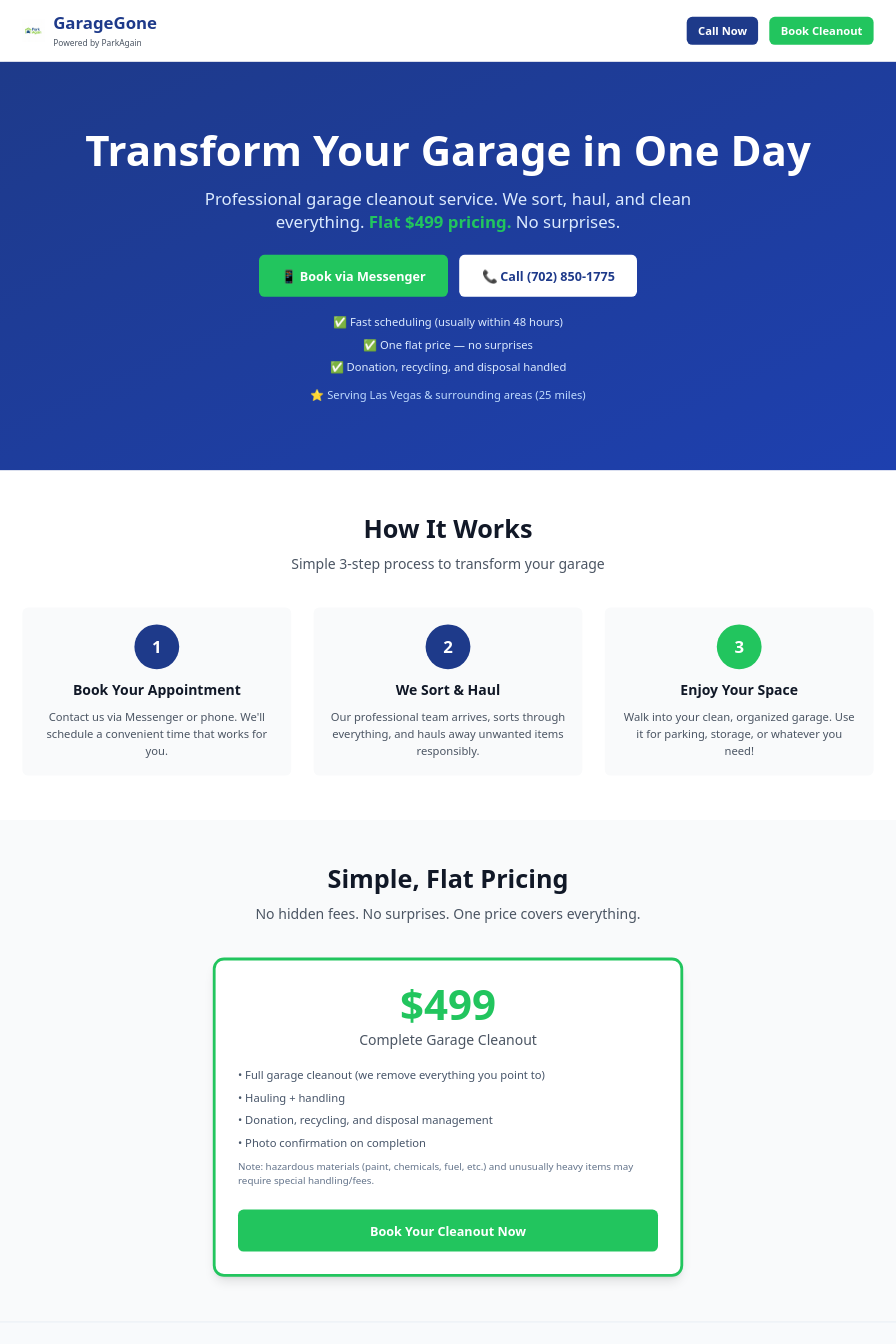
Repository: nikwhite1169/garagegone
Page: index.html
An editor plug-in stored every save of this project. The page is shown before and after the next save, followed by the edit.
The browser window is 1280 px wide. The pictures show the part of the page from y = 0 to 1920 px (the page is 4574 px tall before and 4558 px after), at 70% of full size.
Some web libraries are served in a nearby version.

Above is the page before, as saved 2025-09-15 13:49:17.

### index.html
<!DOCTYPE html>
<html lang="en">
<head>
    <meta charset="UTF-8">
    <meta name="viewport" content="width=device-width, initial-scale=1.0">
    <title>GarageGone - Professional Garage Cleanout Service | Las Vegas</title>
    <meta name="description" content="Professional garage cleanout service in Las Vegas. Flat $499 pricing. We haul everything away. Book your garage transformation today with GarageGone.">
    <meta name="keywords" content="garage cleanout, junk removal, Las Vegas, garage cleaning, hauling service, decluttering">

    <!-- Open Graph Meta Tags -->
    <meta property="og:title" content="GarageGone - Professional Garage Cleanout Service | Las Vegas">
    <meta property="og:description" content="Transform your garage with our professional cleanout service. Flat $499 pricing. We haul everything away. Serving Las Vegas and surrounding areas.">
    <meta property="og:image" content="https://garagegone.com/images/garage-before-after.jpg">
    <meta property="og:url" content="https://garagegone.com">
    <meta property="og:type" content="website">
    <meta property="og:site_name" content="GarageGone">

    <!-- Twitter Card Meta Tags -->
    <meta name="twitter:card" content="summary_large_image">
    <meta name="twitter:title" content="GarageGone - Professional Garage Cleanout Service | Las Vegas">
    <meta name="twitter:description" content="Transform your garage with our professional cleanout service. Flat $499 pricing. We haul everything away.">
    <meta name="twitter:image" content="https://garagegone.com/images/garage-before-after.jpg">

    <!-- Favicon -->
    <link rel="icon" type="image/x-icon" href="/favicon.ico">

    <!-- Tailwind CSS CDN -->
    <script src="https://cdn.tailwindcss.com"></script>

    <!-- Custom Tailwind Config -->
    <script>
        tailwind.config = {
            theme: {
                extend: {
                    colors: {
                        'brand-blue': '#1e3a8a',
                        'brand-green': '#22c55e',
                    }
                }
            }
        }
    </script>

    <!-- JSON-LD Schema Markup -->
    <script type="application/ld+json">
    {
        "@context": "https://schema.org",
        "@type": "LocalBusiness",
        "name": "GarageGone",
        "description": "Professional garage cleanout and junk removal service",
        "url": "https://garagegone.com",
        "telephone": "+7028501775",
        "address": {
            "@type": "PostalAddress",
            "addressLocality": "Las Vegas",
            "addressRegion": "NV",
            "addressCountry": "US"
        },
        "areaServed": {
            "@type": "GeoCircle",
            "geoMidpoint": {
                "@type": "GeoCoordinates",
                "latitude": 36.1699,
                "longitude": -115.1398
            },
            "geoRadius": "25 miles"
        },
         "sameAs": [
             "https://facebook.com/ParkAgain",
             "https://instagram.com/parkagain.app"
         ],
        "priceRange": "$499",
        "serviceType": "Garage Cleanout Service",
        "hasOfferCatalog": {
            "@type": "OfferCatalog",
            "name": "Garage Cleanout Services",
            "itemListElement": [
                {
                    "@type": "Offer",
                    "itemOffered": {
                        "@type": "Service",
                        "name": "Complete Garage Cleanout",
                        "description": "Full garage cleanout and junk removal service"
                    },
                    "price": "499",
                    "priceCurrency": "USD"
                }
            ]
        }
    }
    </script>

    <style>
        /* Smooth scroll behavior */
        html {
            scroll-behavior: smooth;
        }

        /* Custom animations */
        @keyframes fadeInUp {
            from {
                opacity: 0;
                transform: translateY(30px);
            }
            to {
                opacity: 1;
                transform: translateY(0);
            }
        }

        .fade-in-up {
            animation: fadeInUp 0.6s ease-out;
        }

        /* Ensure sticky footer doesn't overlap content */
        body {
            padding-bottom: 80px;
        }

        @media (min-width: 768px) {
            body {
                padding-bottom: 0;
            }
        }
    </style>
</head>
<body class="bg-gray-50 text-gray-900">
    <!-- Header -->
    <header class="bg-white shadow-sm sticky top-0 z-40">
        <div class="max-w-7xl mx-auto px-4 sm:px-6 lg:px-8">
            <div class="flex justify-between items-center py-4">
                <div class="flex items-center">
                    <img src="assets/logo.png" alt="GarageGone Logo" class="h-8 w-auto mr-3">
                    <div>
                        <h1 class="text-2xl font-bold text-brand-blue">GarageGone</h1>
                        <span class="text-xs text-gray-600">Powered by ParkAgain</span>
                    </div>
                </div>
                <div class="hidden md:flex space-x-4">
                    <a href="tel:+7028501775" class="bg-brand-blue text-white px-4 py-2 rounded-lg font-semibold hover:bg-blue-800 transition-colors">
                        Call Now
                    </a>
                    <a href="https://m.me/parkagain" target="_blank" class="bg-brand-green text-white px-4 py-2 rounded-lg font-semibold hover:bg-green-600 transition-colors">
                        Book Cleanout
                    </a>
                </div>
            </div>
        </div>
    </header>

    <!-- Hero Section -->
    <section class="bg-gradient-to-br from-brand-blue to-blue-800 text-white py-16 md:py-24">
        <div class="max-w-7xl mx-auto px-4 sm:px-6 lg:px-8">
            <div class="text-center fade-in-up">
                <h2 class="text-4xl md:text-6xl font-bold mb-6">
                    Transform Your Garage in One Day
                </h2>
                <p class="text-xl md:text-2xl mb-8 text-blue-100 max-w-3xl mx-auto">
                    Professional garage cleanout service. We sort, haul, and clean everything.
                    <strong class="text-brand-green">Flat $499 pricing.</strong> No surprises.
                </p>
                <div class="flex flex-col sm:flex-row gap-4 justify-center items-center">
                    <a href="https://m.me/parkagain" target="_blank"
                       class="bg-brand-green text-white px-8 py-4 rounded-lg text-lg font-bold hover:bg-green-600 transition-colors w-full sm:w-auto text-center">
                        📱 Book via Messenger
                    </a>
                     <a href="tel:+7028501775"
                        class="bg-white text-brand-blue px-8 py-4 rounded-lg text-lg font-bold hover:bg-gray-100 transition-colors w-full sm:w-auto text-center">
                         📞 Call (702) 850-1775
                     </a>
                </div>
                <ul class="mt-6 text-blue-100 space-y-2">
                  <li>✅ Fast scheduling (usually within 48 hours)</li>
                  <li>✅ One flat price — no surprises</li>
                  <li>✅ Donation, recycling, and disposal handled</li>
                </ul>
                <p class="mt-4 text-blue-200">
                    ⭐ Serving Las Vegas & surrounding areas (25 miles)
                </p>
            </div>
        </div>
    </section>

    <!-- How It Works -->
    <section id="how-it-works" class="py-16 bg-white">
        <div class="max-w-7xl mx-auto px-4 sm:px-6 lg:px-8">
            <div class="text-center mb-12">
                <h3 class="text-3xl md:text-4xl font-bold text-gray-900 mb-4">How It Works</h3>
                <p class="text-xl text-gray-600">Simple 3-step process to transform your garage</p>
            </div>

            <div class="grid md:grid-cols-3 gap-8">
                <div class="text-center p-6 rounded-lg bg-gray-50">
                    <div class="w-16 h-16 bg-brand-blue text-white rounded-full flex items-center justify-center text-2xl font-bold mx-auto mb-4">1</div>
                    <h4 class="text-xl font-bold mb-3">Book Your Appointment</h4>
                    <p class="text-gray-600">Contact us via Messenger or phone. We'll schedule a convenient time that works for you.</p>
                </div>

                <div class="text-center p-6 rounded-lg bg-gray-50">
                    <div class="w-16 h-16 bg-brand-blue text-white rounded-full flex items-center justify-center text-2xl font-bold mx-auto mb-4">2</div>
                    <h4 class="text-xl font-bold mb-3">We Sort & Haul</h4>
                    <p class="text-gray-600">Our professional team arrives, sorts through everything, and hauls away unwanted items responsibly.</p>
                </div>

                <div class="text-center p-6 rounded-lg bg-gray-50">
                    <div class="w-16 h-16 bg-brand-green text-white rounded-full flex items-center justify-center text-2xl font-bold mx-auto mb-4">3</div>
                    <h4 class="text-xl font-bold mb-3">Enjoy Your Space</h4>
                    <p class="text-gray-600">Walk into your clean, organized garage. Use it for parking, storage, or whatever you need!</p>
                </div>
            </div>
        </div>
    </section>

    <!-- Pricing Section -->
    <section id="pricing" class="py-16 bg-gray-50">
        <div class="max-w-7xl mx-auto px-4 sm:px-6 lg:px-8">
            <div class="text-center mb-12">
                <h3 class="text-3xl md:text-4xl font-bold text-gray-900 mb-4">Simple, Flat Pricing</h3>
                <p class="text-xl text-gray-600">No hidden fees. No surprises. One price covers everything.</p>
            </div>

            <div class="max-w-2xl mx-auto">
                <div class="bg-white rounded-2xl shadow-lg p-8 border-4 border-brand-green">
                    <div class="text-center">
                        <div class="text-6xl font-bold text-brand-green mb-2">$499</div>
                        <div class="text-xl text-gray-600 mb-6">Complete Garage Cleanout</div>

                        <ul class="mt-3 text-slate-600 space-y-2 text-left">
                          <li>• Full garage cleanout (we remove everything you point to)</li>
                          <li>• Hauling + handling</li>
                          <li>• Donation, recycling, and disposal management</li>
                          <li>• Photo confirmation on completion</li>
                        </ul>
                        <p class="mt-3 text-sm text-slate-500 text-left">Note: hazardous materials (paint, chemicals, fuel, etc.) and unusually heavy items may require special handling/fees.</p>
                        <div class="mb-8"></div>

                        <a href="https://m.me/parkagain" target="_blank"
                           class="bg-brand-green text-white px-8 py-4 rounded-lg text-lg font-bold hover:bg-green-600 transition-colors w-full block text-center">
                            Book Your Cleanout Now
                        </a>
                    </div>
                </div>
            </div>
        </div>
    </section>


    <!-- Before & After Gallery (replaces Reviews) -->
    <section class="bg-slate-50 border-y border-slate-200">
      <div class="max-w-6xl mx-auto px-4 md:px-6 py-12">
        <h2 class="text-2xl md:text-3xl font-bold mb-6">Before & After</h2>
        <p class="text-slate-600 mb-6">Real garages, real results. We clear the entire space so you can park again.</p>
        <div class="grid md:grid-cols-2 gap-6">
          <img src="https://images.unsplash.com/photo-1582582494700-1c476f9b7f8a?q=80&w=1200&auto=format&fit=crop" alt="Cluttered garage before cleanout" class="rounded-2xl border shadow-sm object-cover w-full h-64 md:h-80">
          <img src="https://images.unsplash.com/photo-1600585154526-990dced4db0d?q=80&w=1200&auto=format&fit=crop" alt="Clean garage after cleanout with car parked" class="rounded-2xl border shadow-sm object-cover w-full h-64 md:h-80">
        </div>
      </div>
    </section>

    <!-- FAQ Section -->
    <section id="faq" class="py-16 bg-white">
        <div class="max-w-4xl mx-auto px-4 sm:px-6 lg:px-8">
            <div class="text-center mb-12">
                <h3 class="text-3xl md:text-4xl font-bold text-gray-900 mb-4">Frequently Asked Questions</h3>
            </div>

            <div class="space-y-6">
                <div class="bg-gray-50 rounded-lg p-6">
                    <h4 class="text-lg font-bold mb-2">How long does a garage cleanout take?</h4>
                    <p class="text-gray-700">Most garage cleanouts take 2-4 hours depending on the amount of items. We work efficiently to get your garage back to you as quickly as possible.</p>
                </div>

                <div class="bg-gray-50 rounded-lg p-6">
                    <h4 class="text-lg font-bold mb-2">What if I want to keep some items?</h4>
                    <p class="text-gray-700">No problem! We'll work with you to identify items you want to keep, donate, or dispose of. You have full control over what stays and what goes.</p>
                </div>

                <div class="bg-gray-50 rounded-lg p-6">
                    <h4 class="text-lg font-bold mb-2">Do you recycle and donate items?</h4>
                    <p class="text-gray-700">Yes! We responsibly dispose of all items, recycling what we can and donating usable items to local charities whenever possible.</p>
                </div>

                <div class="bg-gray-50 rounded-lg p-6">
                    <h4 class="text-lg font-bold mb-2">Are there any additional fees?</h4>
                    <p class="text-gray-700">Our $499 price includes everything for a standard garage cleanout. The only additional fee would be for hazardous materials that require special disposal.</p>
                </div>

                <div class="rounded-2xl border p-6 shadow-sm">
                  <h3 class="font-semibold">Anything you can't take?</h3>
                  <p class="text-slate-600 mt-2">We don't take hazardous materials (paint, chemicals, fuel, solvents), pressurized tanks, or biohazards. Extremely heavy or commercial equipment may require special handling/quote.</p>
                </div>
            </div>
        </div>
    </section>

    <!-- Service Area -->
    <section class="py-16 bg-brand-blue text-white">
        <div class="max-w-7xl mx-auto px-4 sm:px-6 lg:px-8">
            <div class="text-center">
                <h3 class="text-3xl md:text-4xl font-bold mb-6">Service Area</h3>
                <p class="text-xl mb-8">We proudly serve Las Vegas and surrounding areas within 25 miles</p>

                <div class="grid md:grid-cols-3 gap-6 text-center">
                    <div>
                        <h4 class="font-bold text-lg mb-2">Las Vegas</h4>
                        <p class="text-blue-200">Downtown, Strip, Summerlin</p>
                    </div>
                    <div>
                        <h4 class="font-bold text-lg mb-2">Henderson</h4>
                        <p class="text-blue-200">Green Valley, Anthem</p>
                    </div>
                    <div>
                        <h4 class="font-bold text-lg mb-2">North Las Vegas</h4>
                        <p class="text-blue-200">Aliante, Eldorado</p>
                    </div>
                </div>

                <div class="mt-8">
                    <p class="text-blue-200">Not sure if we serve your area? <a href="tel:+7028501775" class="text-white hover:text-brand-green underline font-semibold">Give us a call!</a></p>
                </div>
            </div>
        </div>
    </section>

    <!-- Join Hauler Network CTA -->
    <section class="py-16 bg-brand-green text-white">
        <div class="max-w-4xl mx-auto px-4 sm:px-6 lg:px-8 text-center">
            <h3 class="text-3xl md:text-4xl font-bold mb-6">Join Our Hauler Network</h3>
            <p class="text-xl mb-8 text-green-100">
                Are you a reliable hauler or junk removal professional? Join our network and get consistent work in the Las Vegas area.
            </p>
            <a href="https://forms.gle/CVCqmNvirqqFKjCk8" target="_blank"
               class="bg-white text-brand-green px-8 py-4 rounded-lg text-lg font-bold hover:bg-gray-100 transition-colors inline-block">
                Apply to Join Network
            </a>
        </div>
    </section>

    <!-- Trust & Policies strip -->
    <section class="border-t border-slate-200">
      <div class="max-w-6xl mx-auto px-4 md:px-6 py-8 grid gap-6 md:grid-cols-3">
        <div>
          <div class="font-semibold">Flat-Rate Pricing</div>
          <p class="text-slate-600 text-sm mt-1">Standard 2-car garage is always $499 in our service area. No surprise add-ons.</p>
        </div>
        <div>
          <div class="font-semibold">Safety-First, Professional Team</div>
          <p class="text-slate-600 text-sm mt-1">We clear the space efficiently and handle donation, recycling, and disposal.</p>
        </div>
        <div>
          <div class="font-semibold">Clear Policies</div>
          <p class="text-slate-600 text-sm mt-1">See our <a class="text-blue-800 hover:underline" href="/privacy-policy.html">Privacy</a> and <a class="text-blue-800 hover:underline" href="/terms-of-service.html">Terms</a>.</p>
        </div>
      </div>
    </section>

    <!-- Footer -->
    <footer class="bg-gray-900 text-white py-12">
        <div class="max-w-7xl mx-auto px-4 sm:px-6 lg:px-8">
            <div class="grid md:grid-cols-3 gap-8">
                <div>
                    <div class="flex items-center mb-4">
                        <img src="assets/logo.png" alt="GarageGone Logo" class="h-6 w-auto mr-2">
                        <h4 class="text-xl font-bold">GarageGone</h4>
                    </div>
                    <p class="text-gray-400 mb-4">Professional garage cleanout service powered by ParkAgain. Transform your garage in one day.</p>
                    <div class="flex space-x-4">
                        <a href="https://facebook.com/ParkAgain" target="_blank" class="text-gray-400 hover:text-white">
                            Facebook
                        </a>
                        <a href="https://instagram.com/parkagain.app" target="_blank" class="text-gray-400 hover:text-white">
                            Instagram
                        </a>
                    </div>
                </div>

                <div>
                    <h4 class="text-lg font-bold mb-4">Contact</h4>
                    <div class="space-y-2 text-gray-400">
                        <p>📞 (702) 850-1775</p>
                        <p>📍 Las Vegas, NV</p>
                        <p>🌐 garagegone.com</p>
                    </div>
                </div>

                <div>
                    <h4 class="text-lg font-bold mb-4">Service Hours</h4>
                    <div class="space-y-2 text-gray-400">
                        <p>Monday - Friday: 8am - 6pm</p>
                        <p>Saturday: 9am - 4pm</p>
                        <p>Sunday: Closed</p>
                    </div>
                </div>
            </div>

            <div class="border-t border-gray-800 mt-8 pt-8 text-center text-gray-400">
                <p>&copy; 2025 GarageGone. All rights reserved. Powered by ParkAgain.</p>
                <div class="mt-2 space-x-4">
                    <a href="privacy-policy.html" class="hover:text-white">Privacy Policy</a>
                    <a href="terms-of-service.html" class="hover:text-white">Terms of Service</a>
                </div>
            </div>
        </div>
    </footer>

    <!-- Sticky Mobile Footer -->
    <div class="fixed bottom-0 left-0 right-0 bg-white border-t border-gray-200 p-4 md:hidden z-50">
        <div class="flex space-x-3">
            <a href="https://m.me/parkagain" target="_blank"
               class="flex-1 bg-brand-green text-white py-3 px-4 rounded-lg font-bold text-center hover:bg-green-600 transition-colors">
                📱 Book Cleanout
            </a>
            <a href="https://forms.gle/CVCqmNvirqqFKjCk8" target="_blank"
               class="flex-1 bg-brand-blue text-white py-3 px-4 rounded-lg font-bold text-center hover:bg-blue-800 transition-colors">
                🚛 Join Network
            </a>
        </div>
    </div>

</body>
</html>

After the next save:
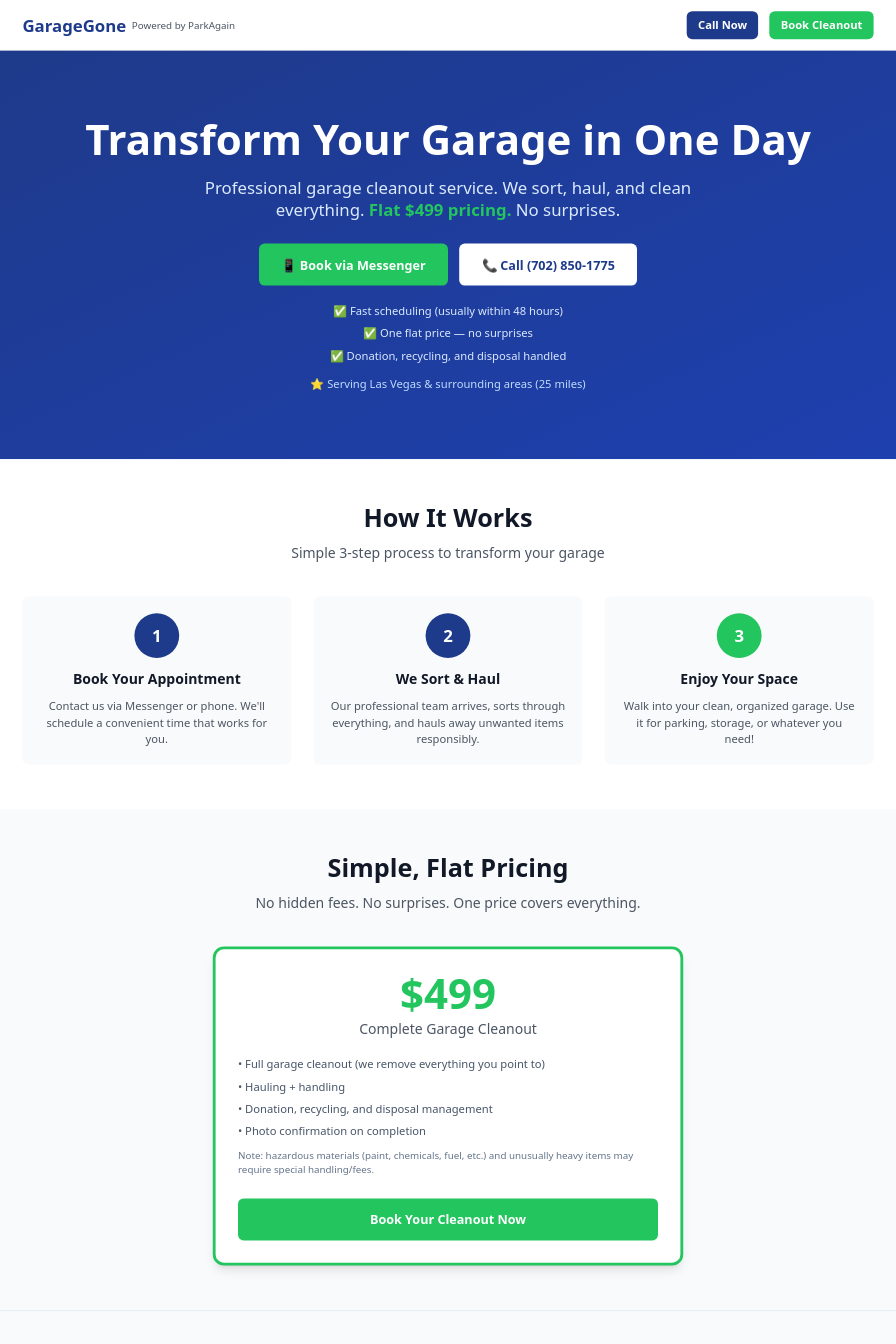
Saved 46 s later.
--- a/index.html
+++ b/index.html
@@ -130,11 +130,8 @@
         <div class="max-w-7xl mx-auto px-4 sm:px-6 lg:px-8">
             <div class="flex justify-between items-center py-4">
                 <div class="flex items-center">
-                    <img src="assets/logo.png" alt="GarageGone Logo" class="h-8 w-auto mr-3">
-                    <div>
-                        <h1 class="text-2xl font-bold text-brand-blue">GarageGone</h1>
-                        <span class="text-xs text-gray-600">Powered by ParkAgain</span>
-                    </div>
+                    <h1 class="text-2xl font-bold text-brand-blue">GarageGone</h1>
+                    <span class="ml-2 text-sm text-gray-600">Powered by ParkAgain</span>
                 </div>
                 <div class="hidden md:flex space-x-4">
                     <a href="tel:+7028501775" class="bg-brand-blue text-white px-4 py-2 rounded-lg font-semibold hover:bg-blue-800 transition-colors">
